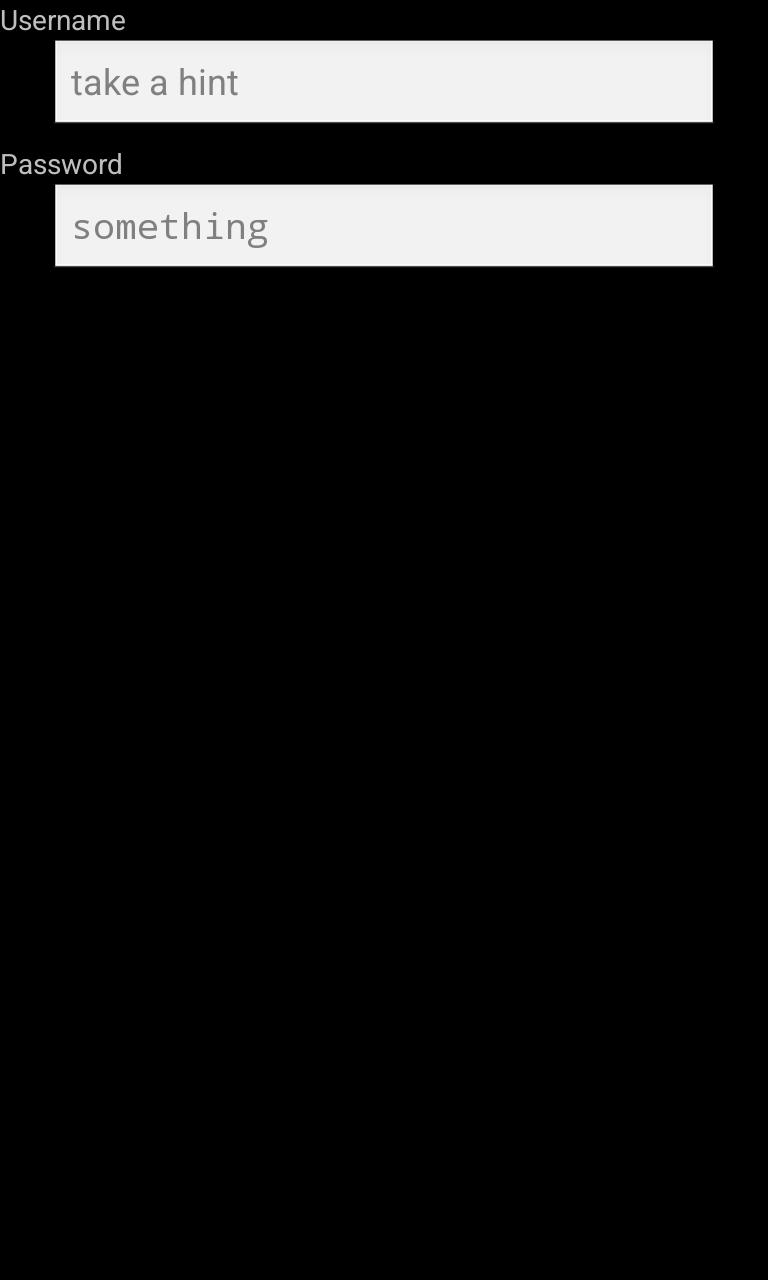
Repository: sergioenriquez/CSTE
Layout: HNAD/res/layout/login.xml
An editor plug-in stored every save of this project. The layout is shown before and after the next save, followed by the edit.
It is drawn on a 768 x 1280 px phone screen (xhdpi) without system bars, with theme android:Theme.NoTitleBar; the app's code is not run.

Above is the layout before, as saved 2011-12-18 03:06:26.

After the next save:
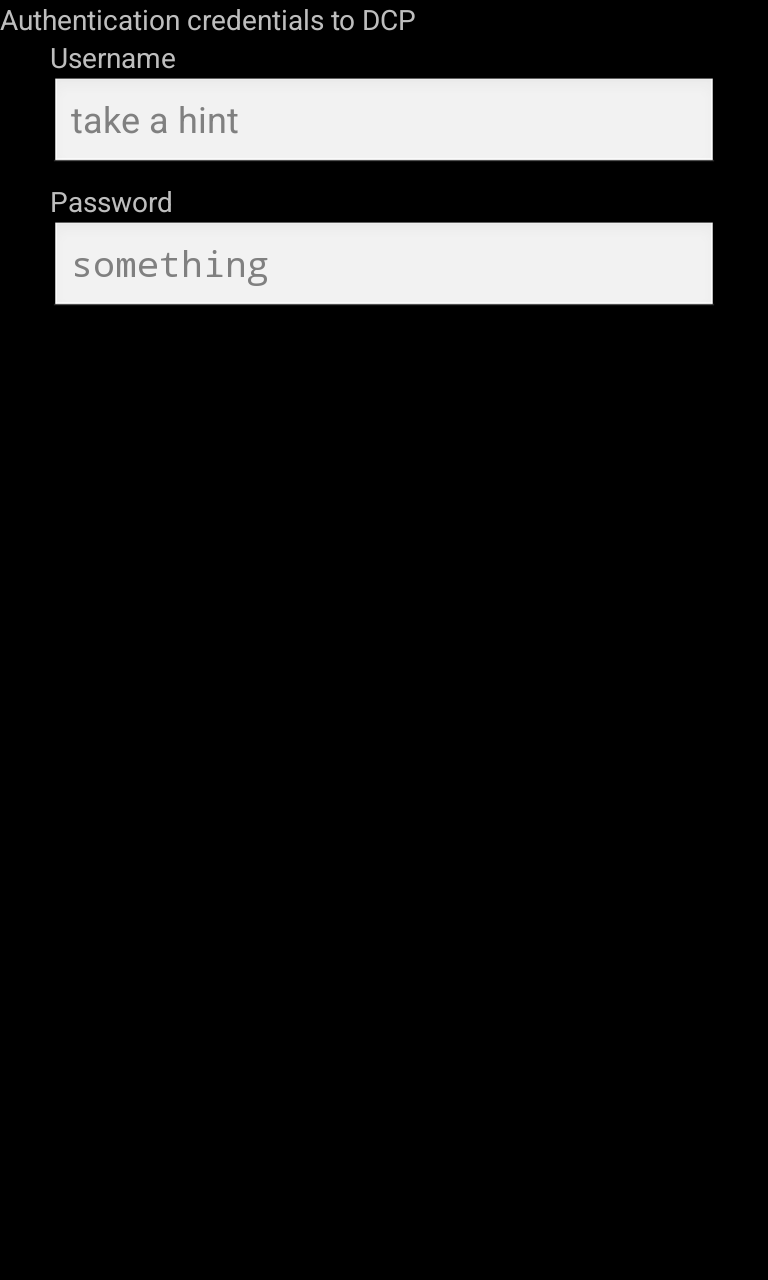
Saved 2 min 0 s later.
--- a/HNAD/res/layout/login.xml
+++ b/HNAD/res/layout/login.xml
@@ -4,9 +4,15 @@
     android:layout_width="fill_parent"
     android:layout_height="fill_parent"
     >
+    <TextView
+    android:layout_width="fill_parent"
+    android:layout_height="wrap_content"
+    android:text="Authentication credentials to DCP"
+    />
 <TextView
     android:layout_width="fill_parent"
     android:layout_height="wrap_content"
+    android:layout_marginLeft="25dp"
     android:text="Username"
     />
 <EditText
@@ -22,6 +28,7 @@
 <TextView
     android:layout_width="fill_parent"
     android:layout_height="wrap_content"
+    android:layout_marginLeft="25dp"
     android:text="Password"
     />
 <EditText
